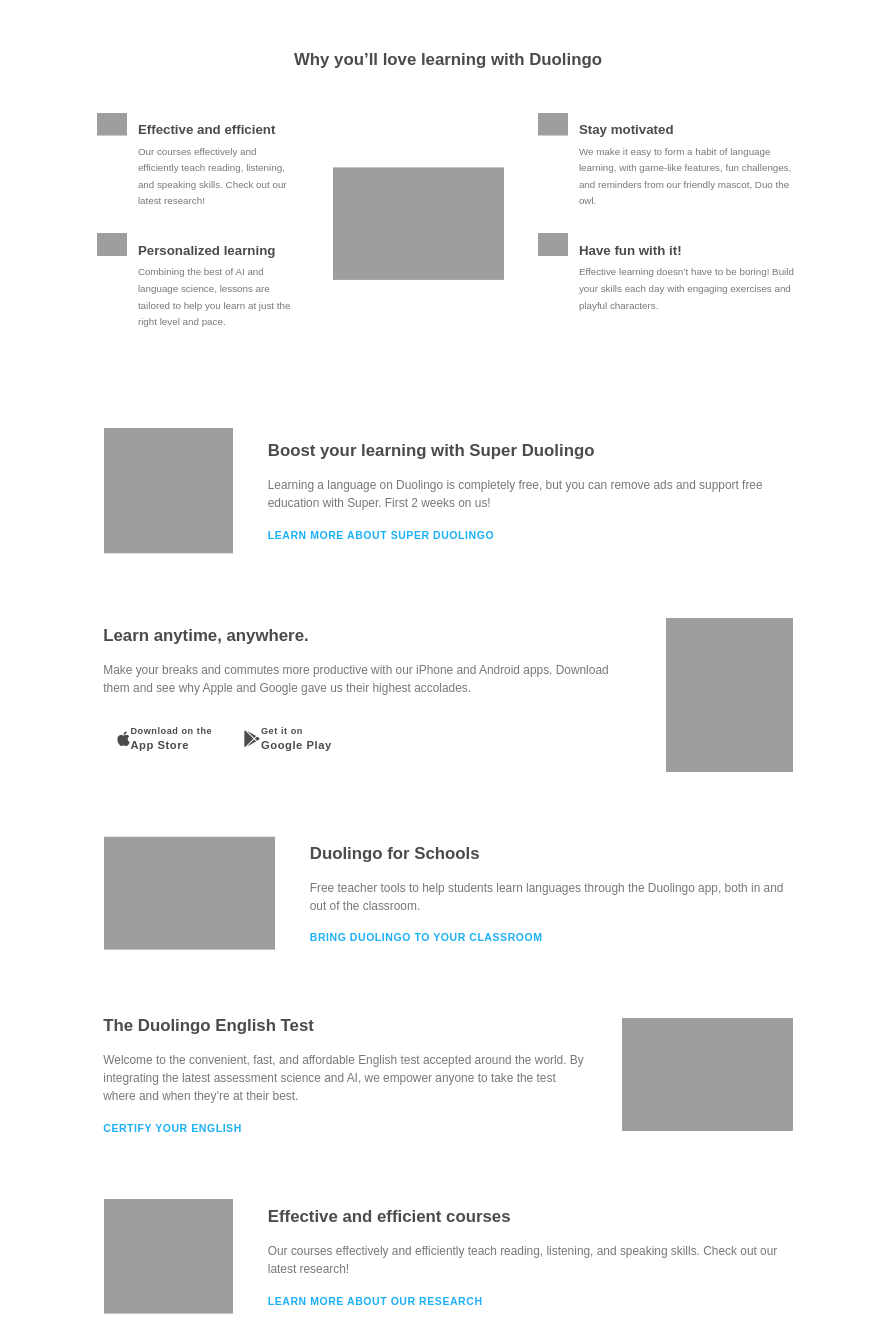
Repository: kauittt/duolingo-little
Page: login.html
An editor plug-in stored every save of this project. The page is shown before and after the next save, followed by the edit.
The browser window is 1280 px wide. The pictures show the part of the page from y = 937 to 2857 px (the page is 2857 px tall), at 70% of full size.
Pictures or frames that could not be fetched are drawn as grey boxes. A picture or video elsewhere on the page could not be fetched, so the positions and the page height are approximate. Some web libraries are served in a nearby version.

Above is the page before, as saved 2023-03-26 20:51:05.

After the next save:
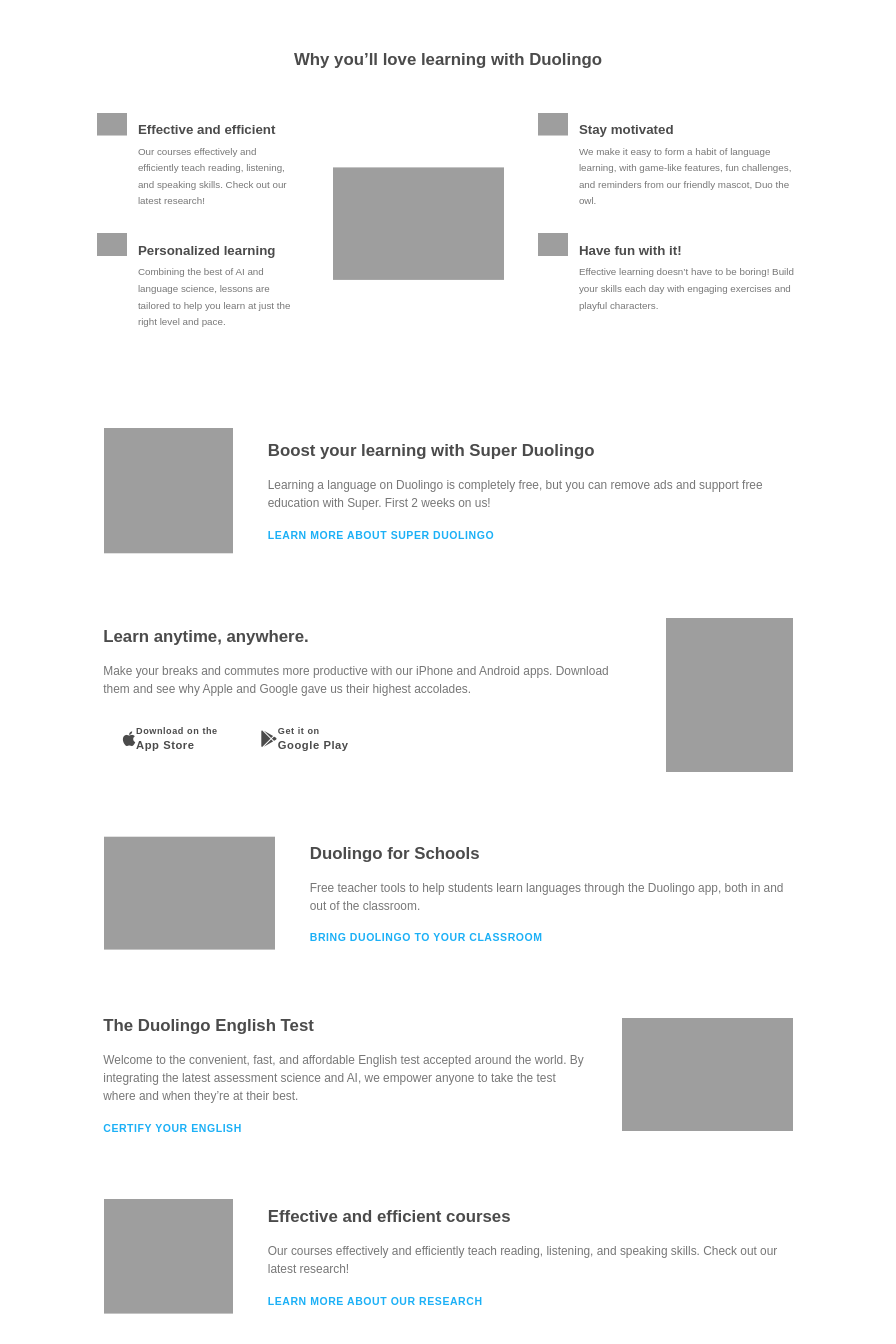
Saved 30 s later.
--- a/assets/css/stytes.css
+++ b/assets/css/stytes.css
@@ -219,7 +219,7 @@
     align-items: center;
     text-transform: none;
     color: rgb(75, 75, 75);
-    padding: 15px 20px;
+    padding: 14px 28px;
 }
 
 .section-content__link-item > i {
